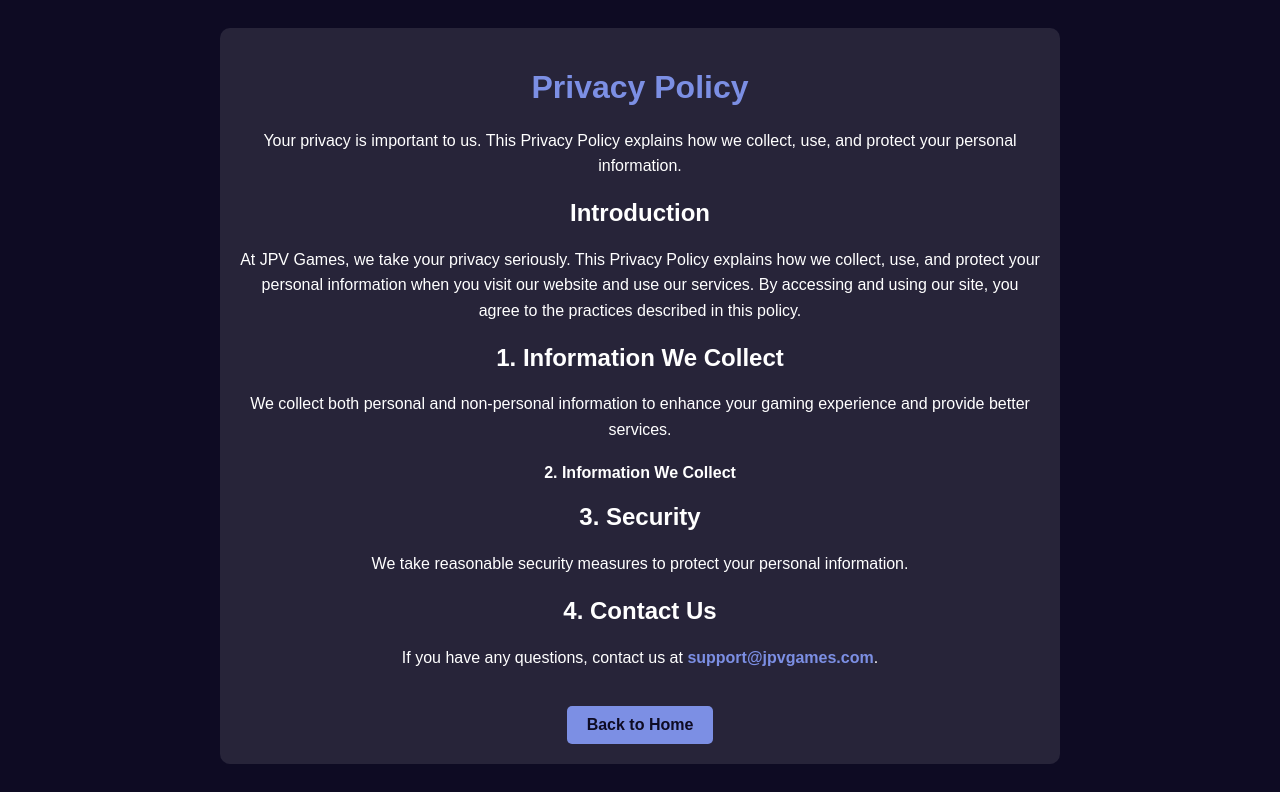
Repository: meenadabhii/jpygames.com
Page: http://localhost/privacy-policy.html
The author's editor kept a copy of each file at every save. The page is drawn from the files as they stood at one save, then again after a run of saves.
The browser window is 1280 px wide. The pictures show the whole page.
The page is served by the project's Node server (app.js).

Above is the page before, as saved 2025-02-08 10:41:34.

After the next 3 saves:
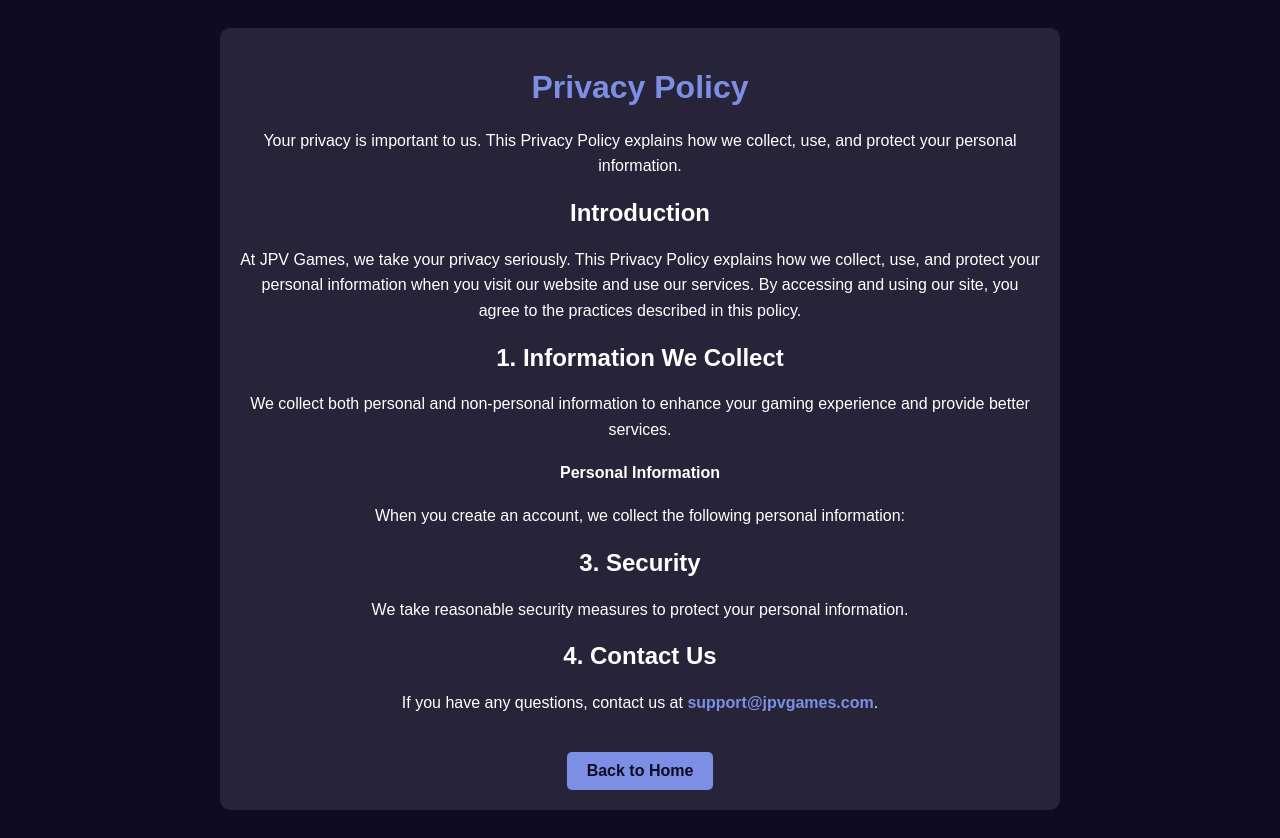
The 3 saves are shown as one change because they came seconds apart.
The last was saved 9 s later.
--- a/nodejs/views/privacy-policy.html
+++ b/nodejs/views/privacy-policy.html
@@ -68,7 +68,8 @@
         <p>We collect both personal and non-personal information to enhance your gaming experience and provide better services.
 
         </p>
-        <h4>2. Information We Collect</h4>
+        <h4>Personal Information</h4>
+        <p>When you create an account, we collect the following personal information:</p>
 
         <h2>3. Security</h2>
         <p>We take reasonable security measures to protect your personal information.</p>

After the save that followed:
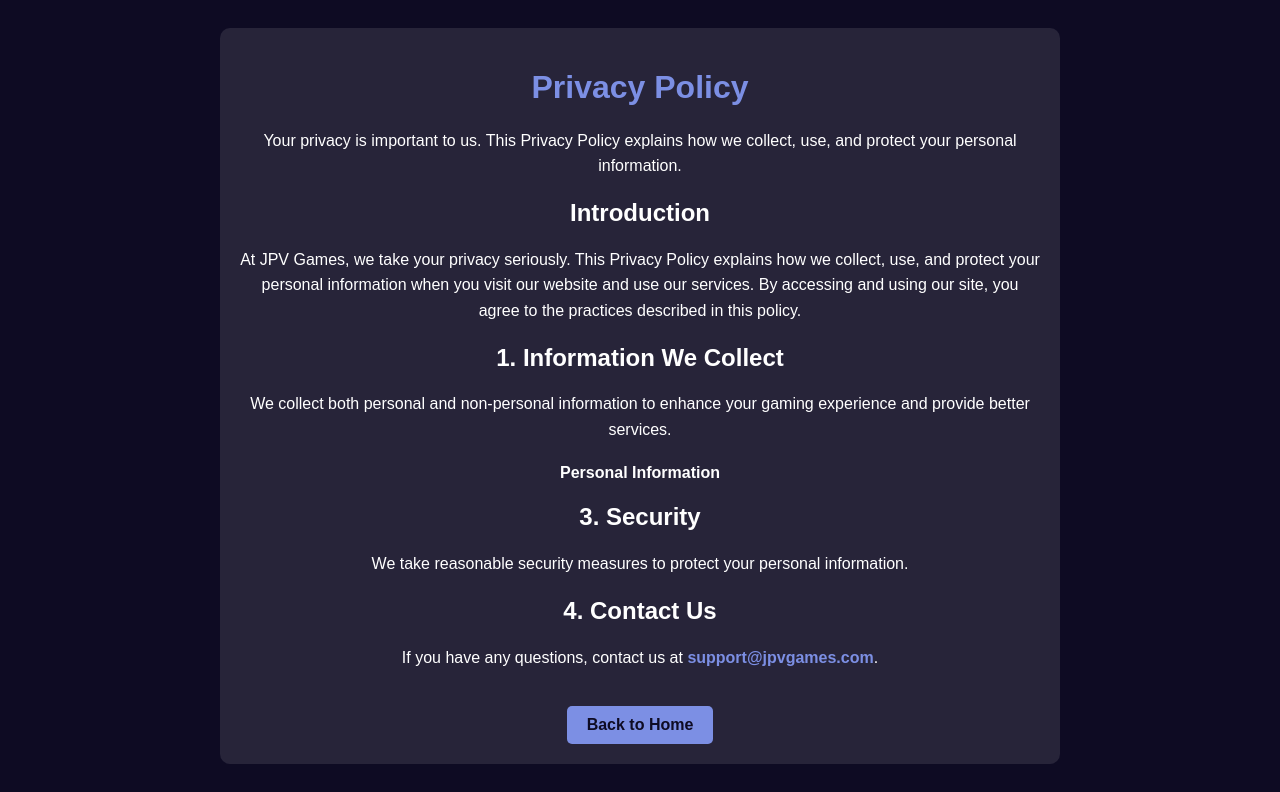
Saved 4 s later.
--- a/nodejs/views/privacy-policy.html
+++ b/nodejs/views/privacy-policy.html
@@ -69,7 +69,7 @@
 
         </p>
         <h4>Personal Information</h4>
-        <p>When you create an account, we collect the following personal information:</p>
+        <p></p>
 
         <h2>3. Security</h2>
         <p>We take reasonable security measures to protect your personal information.</p>
